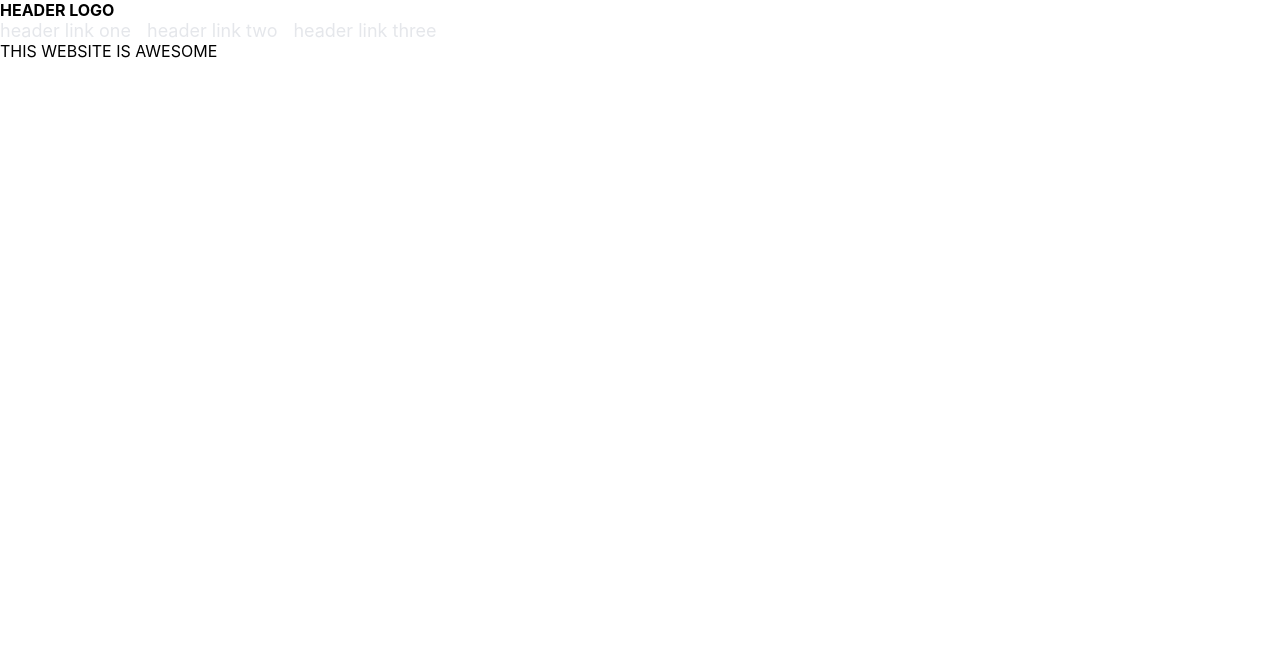
Repository: bbrockbrown/landing-page
Page: index.html
These files come from the project's save history. The page is drawn as it stood at one moment and after the next save; the edit follows.
The browser window is 1280 px wide. The pictures show the whole page.

Above is the page before, as saved 2024-07-24 11:31:35.

### index.html
<!DOCTYPE html>
<html lang="en">
<head>
    <meta charset="UTF-8">
    <meta name="viewport" content="width=device-width, initial-scale=1.0">
    <link rel="stylesheet" href="styles.css">
    <title>Landing Page</title>
</head>
<body>

    <div class="header">
        <div class="logo" style="font-weight: bolder">HEADER LOGO</div>
        <ul class="header-links">
            <li><a href="https://www.google.com/" target="_blank">header link one</a></li>
            <li><a href="https://www.google.com/" target="_blank">header link two</a></li>
            <li><a href="https://www.google.com/" target="_blank">header link three</a></li>
        </ul>
    </div>

    <div class="header-content">
        <div class="awesome-text">
            THIS WEBSITE IS AWESOME
        </div>
    </div>


    <div class="body">
        <div class="box-container">

        </div>

        <div class="quote-container">

        </div>
    </div>

    <div class="sign-up">

    </div>

    <div class="footer">

    </div>

</body>
</html>

### styles.css
body {
    font-family: -apple-system, BlinkMacSystemFont, 'Segoe UI', Roboto, Oxygen, Ubuntu, Cantarell, 'Open Sans', 'Helvetica Neue', sans-serif;
    margin: 0;
    min-height: 100vh;
    display: flex;
    flex-direction: column;
}

.header > .header-content {
    background-color: #1F2937;
    font-size: 24px;
    color: #F9FAF8;
    display: flex;
    justify-content: space-between;
    padding: 10px 100px 50px 100px;
    height: 350px;
}

.header-content {
    display: flex;
    flex: 1;
}

ul {
    margin: 0;
    padding: 0;
    list-style: none;
    display: flex;
    gap: 16px;
}

a {
    text-decoration: none;
    font-size: 18px;
    color: #E5E7EB;
}


.body {
    display: flex;
    flex: 1;
}

After the next save:
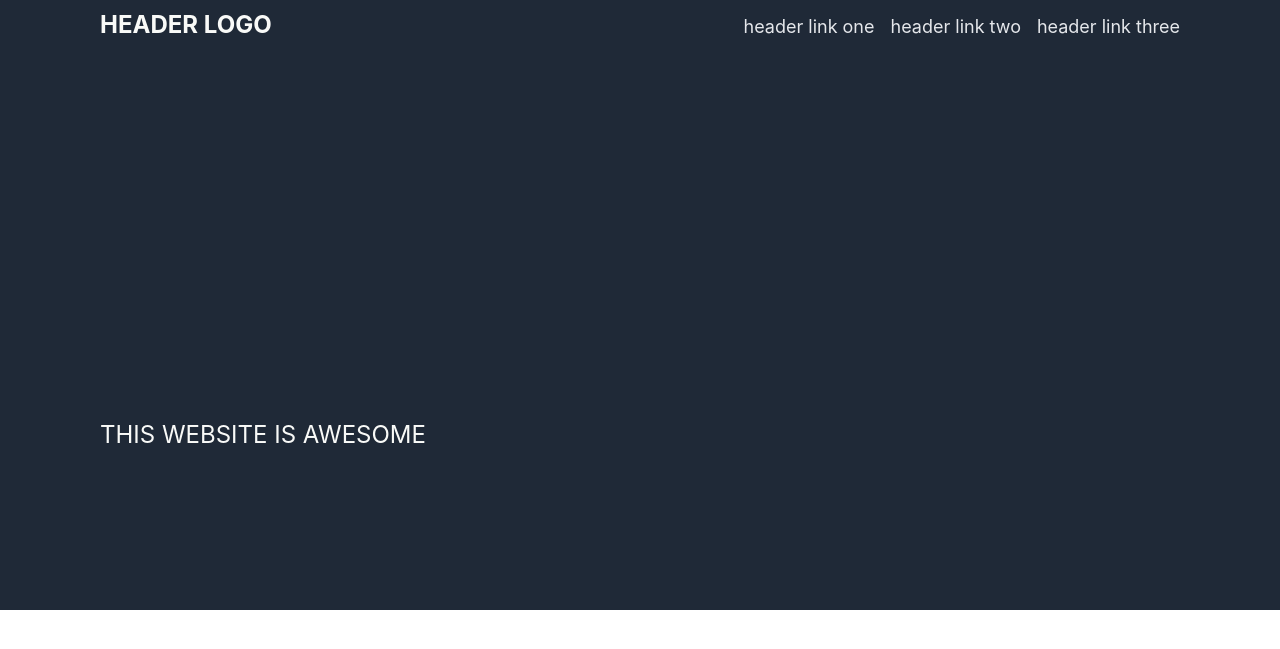
Saved 15 s later.
--- a/styles.css
+++ b/styles.css
@@ -6,7 +6,7 @@ body {
     flex-direction: column;
 }
 
-.header > .header-content {
+.header, .header-content {
     background-color: #1F2937;
     font-size: 24px;
     color: #F9FAF8;
